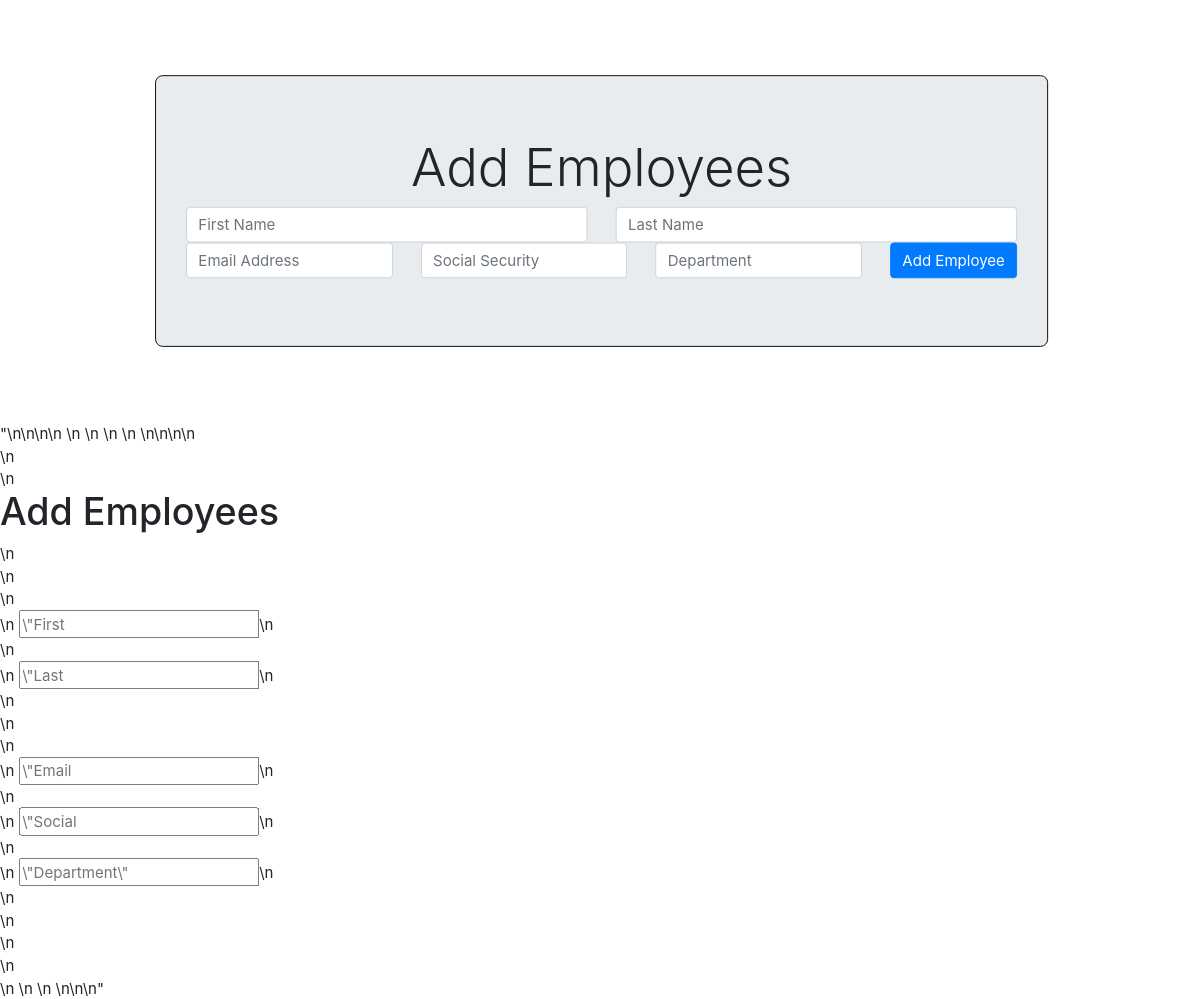
Repository: julianvanost/Week-06
Page: Day_02/Employees/public/index.html
These files come from the project's save history. The page is drawn as it stood at one moment and after a run of saves; the edit follows.
The browser window is 1280 px wide. The pictures show the whole page, at 94% of full size.

Above is the page before, as saved 2020-02-19 12:41:00.

### Day_02/Employees/public/index.html
<!DOCTYPE html>
<html lang="en">

<head>

  <meta charset="UTF-8">
  <meta name="viewport" content="width=device-width, initial-scale=1.0">
  <meta http-equiv="X-UA-Compatible" content="ie=edge">
  <link rel="stylesheet" href="https://stackpath.bootstrapcdn.com/bootstrap/4.4.1/css/bootstrap.min.css"
    integrity="sha384-Vkoo8x4CGsO3+Hhxv8T/Q5PaXtkKtu6ug5TOeNV6gBiFeWPGFN9MuhOf23Q9Ifjh" crossorigin="anonymous">
  <title>Submission Form</title>
  <style>
    .jumbotron {
      margin: 5rem;
      border: 1px solid #000;
      border-radius: 0.5rem;
    }
  </style>
</head>

<body>
  <div class="container">
    <div class=" jumbotron text-center">
      <h1 class="display-4">Add Employees</h1>
      <form>
        <div class="row">
          <div class="col">
            <input type="text" class="form-control" id="first_name" placeholder="First Name">
          </div>
          <div class="col">
            <input type="text" class="form-control" id="last_name" placeholder="Last Name">
          </div>
        </div>
        <div class="row">
          <div class="col">
            <input type="text" class="form-control" id="email" placeholder="Email Address">
          </div>
          <div class="col">
            <input type="text" class="form-control" id="ssn" placeholder="Social Security">
          </div>
          <div class="col">
            <input type="text" class="form-control" id="department" placeholder="Department">
          </div>
          <div class="col-auto">
            <button type="" id="addEmployee" class="btn btn-primary mb-2">Add Employee</button>
          </div>
        </div>
      </form>
    </div>
  </div>
  <script src="https://code.jquery.com/jquery-3.4.1.slim.min.js"></script>
  <script src="https://cdn.jsdelivr.net/npm/popper.js@1.16.0/dist/umd/popper.min.js"></script>
  <script src="https://stackpath.bootstrapcdn.com/bootstrap/4.4.1/js/bootstrap.min.js"></script>
  <div id="employees"></div>

  <script src="https://unpkg.com/axios/dist/axios.min.js"></script>
  <script>
    const getEmployees = () => {
      axios.get('/employees')
        .then(({
          data
        }) => {
          document.getElementById('employees').innerHTML = JSON.stringify(data)
        })
        .catch(e => console.error(e))
    }

    document.getElementById('addEmployee').addEventListener('click', event => {
      event.preventDefault()
      axios.post('/employees', {
          first_name: document.getElementById('first_name').value,
          last_name: document.getElementById('last_name').value,
          email: document.getElementById('email').value,
          ssn: document.getElementById('ssn').value,
          department: document.getElementById('department').value
        })
        .then(() => {
          getEmployees()
        })
    })

    getEmployees()
  </script>
        </body>

        </html>

### Day_02/Employees/index.html
<!DOCTYPE html>
<html lang="en">
<head>

  <meta charset="UTF-8">
  <meta name="viewport" content="width=device-width, initial-scale=1.0">
  <meta http-equiv="X-UA-Compatible" content="ie=edge">
  <link rel="stylesheet" href="https://stackpath.bootstrapcdn.com/bootstrap/4.4.1/css/bootstrap.min.css"
    integrity="sha384-Vkoo8x4CGsO3+Hhxv8T/Q5PaXtkKtu6ug5TOeNV6gBiFeWPGFN9MuhOf23Q9Ifjh" crossorigin="anonymous">
  <title>Submission Form</title>
<style>
  .jumbotron {
    margin: 5rem;
    border:1px solid #000;
    border-radius: 0.5rem;
}
</style>
</head>
<body>
  <div class="container">
    <div class=" jumbotron text-center">
      <h1 class="display-4">Add Employees</h1>
      <form>
        <div class="row">
          <div class="col">
            <input type="text" class="form-control" id="first_name" placeholder="First Name">
          </div>
          <div class="col">
            <input type="text" class="form-control" id="last_name" placeholder="Last Name">
          </div>
        </div>
        <div class="row">
          <div class="col">
            <input type="text" class="form-control" id="email" placeholder="Email Address">
          </div>
          <div class="col">
            <input type="text" class="form-control" id="ssn" placeholder="Social Security">
          </div>
          <div class="col">
            <input type="text" class="form-control" id="department" placeholder="Department">
          </div>
        </div>
      </form>
    </div>
  </div>
  <script src="https://code.jquery.com/jquery-3.4.1.slim.min.js"
    integrity="sha384-J6qa4849blE2+poT4WnyKhv5vZF5SrPo0iEjwBvKU7imGFAV0wwj1yYfoRSJoZ+n" crossorigin="anonymous">
  </script>
  <script src="https://cdn.jsdelivr.net/npm/popper.js@1.16.0/dist/umd/popper.min.js"
    integrity="sha384-Q6E9RHvbIyZFJoft+2mJbHaEWldlvI9IOYy5n3zV9zzTtmI3UksdQRVvoxMfooAo" crossorigin="anonymous">
  </script>
  <script src="https://stackpath.bootstrapcdn.com/bootstrap/4.4.1/js/bootstrap.min.js"
    integrity="sha384-wfSDF2E50Y2D1uUdj0O3uMBJnjuUD4Ih7YwaYd1iqfktj0Uod8GCExl3Og8ifwB6" crossorigin="anonymous">
  </script>

</body>
</html>

After the next 5 saves:
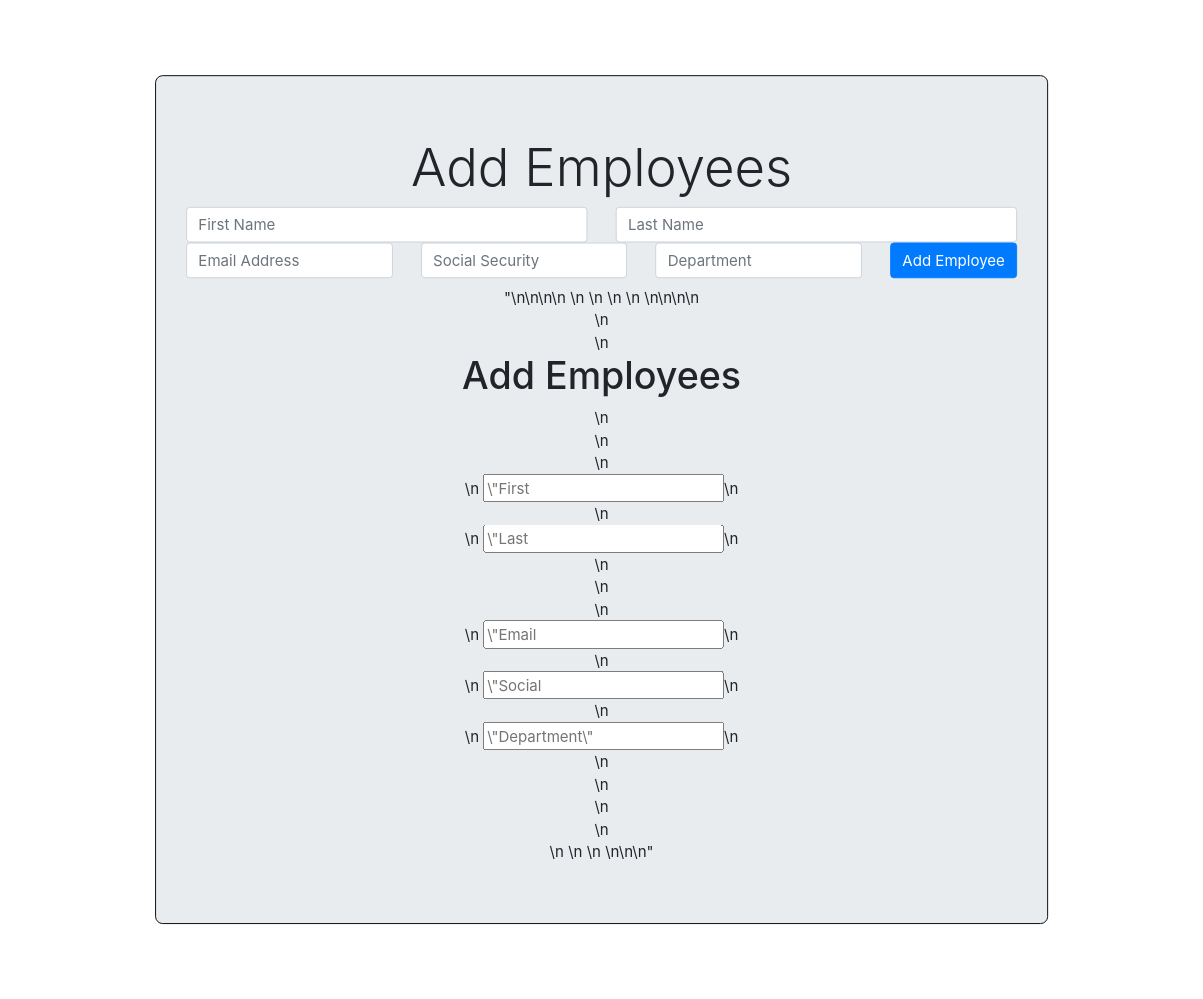
The 5 saves are shown as one change because they came seconds apart.
The last was saved 14 s later.
--- a/Day_02/Employees/public/index.html
+++ b/Day_02/Employees/public/index.html
@@ -46,13 +46,12 @@
           </div>
         </div>
       </form>
+      <div id="employees"></div>
     </div>
   </div>
   <script src="https://code.jquery.com/jquery-3.4.1.slim.min.js"></script>
   <script src="https://cdn.jsdelivr.net/npm/popper.js@1.16.0/dist/umd/popper.min.js"></script>
   <script src="https://stackpath.bootstrapcdn.com/bootstrap/4.4.1/js/bootstrap.min.js"></script>
-  <div id="employees"></div>
-
   <script src="https://unpkg.com/axios/dist/axios.min.js"></script>
   <script>
     const getEmployees = () => {
